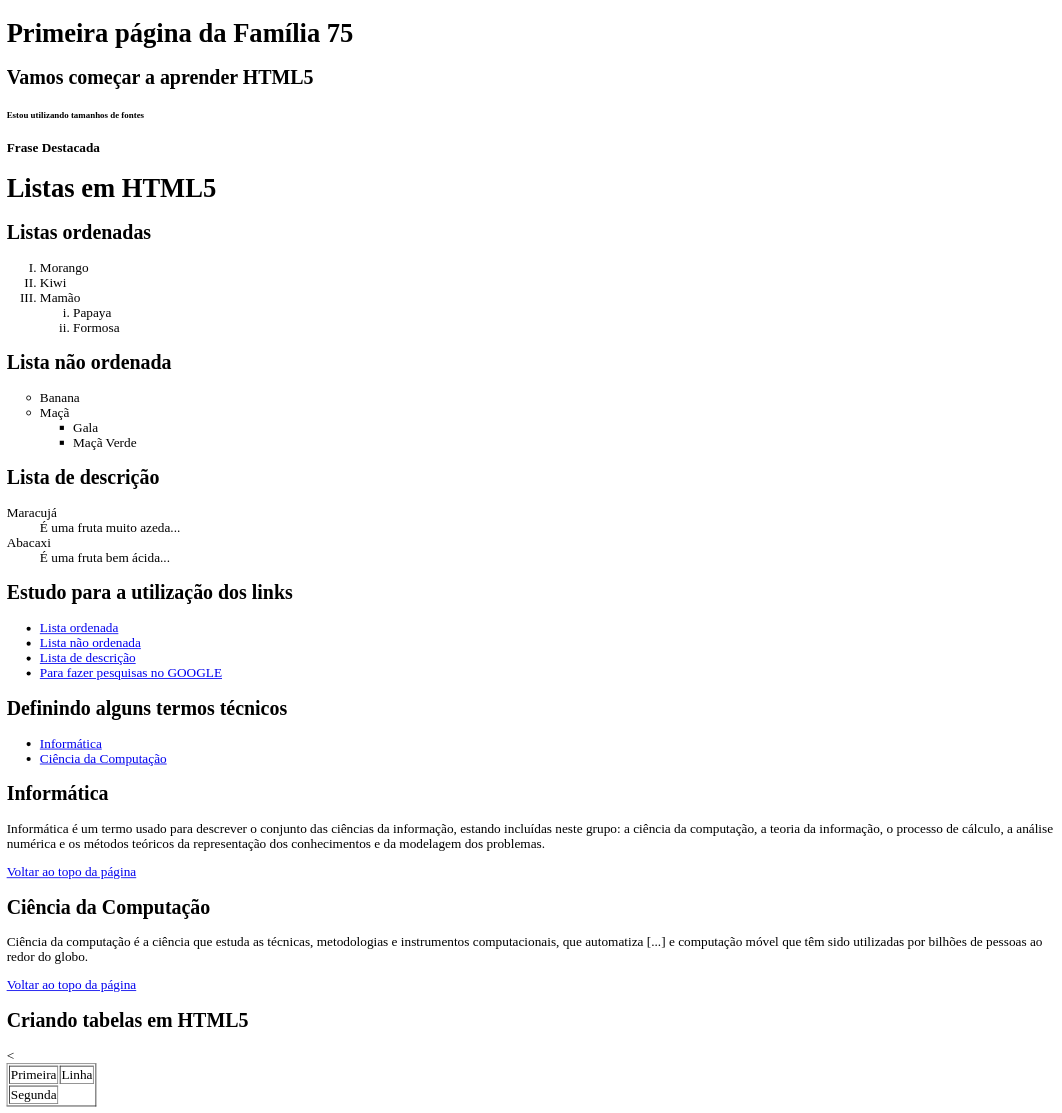
Repository: Thichi99/BootcampGen75
Page: Familia75/index.html
An editor plug-in stored every save of this project. The page is shown before and after the next save, followed by the edit.
The browser window is 1280 px wide. The pictures show the whole page, at 83% of full size.

Above is the page before, as saved 2024-07-26 11:38:33.

After the next save:
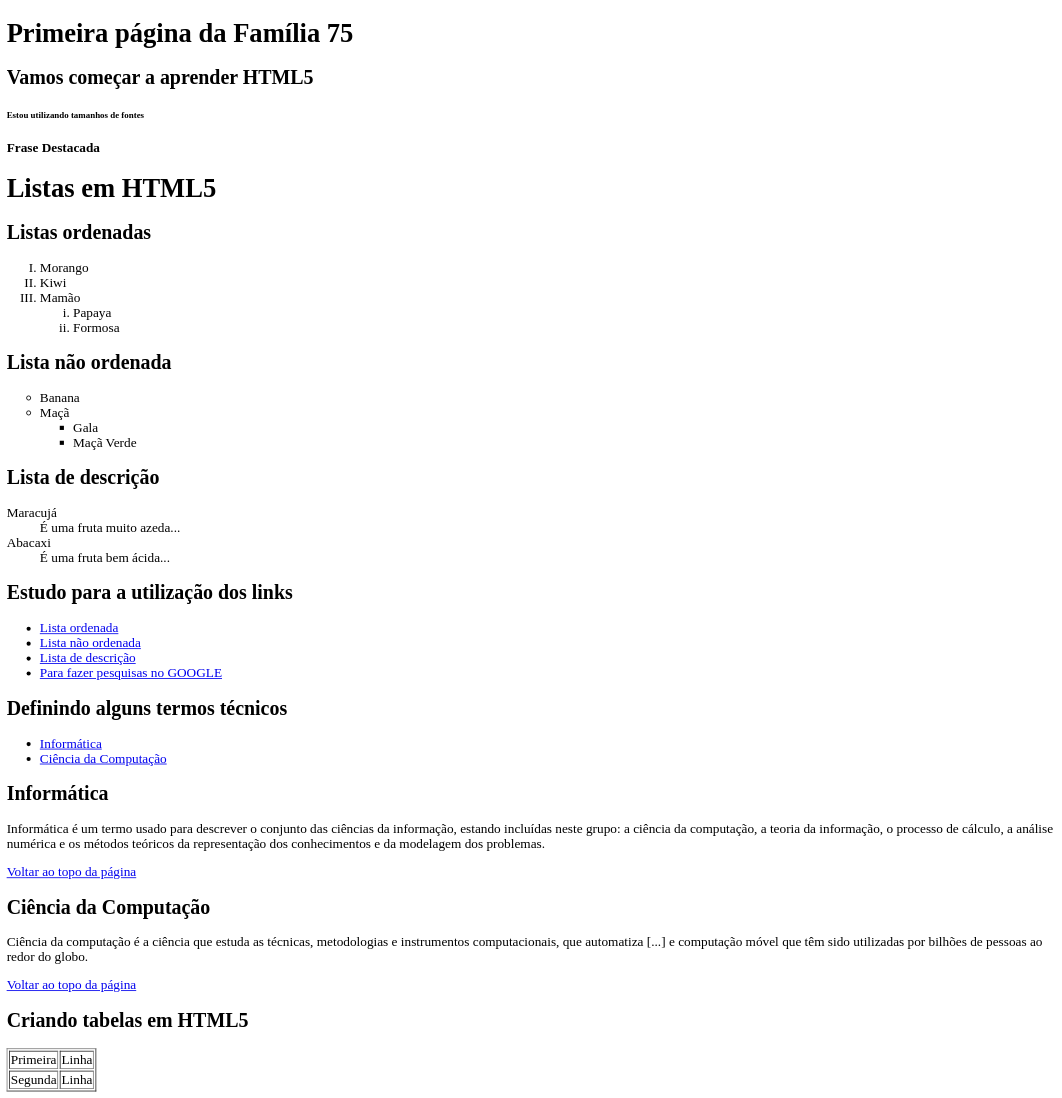
Saved 4 s later.
--- a/Familia75/index.html
+++ b/Familia75/index.html
@@ -86,7 +86,7 @@ pessoas ao redor do globo.
     </tr>
     <tr>
         <td>Segunda</td>
-        <
+        <td>Linha</td>
     </tr>
    </table>
 </body>
